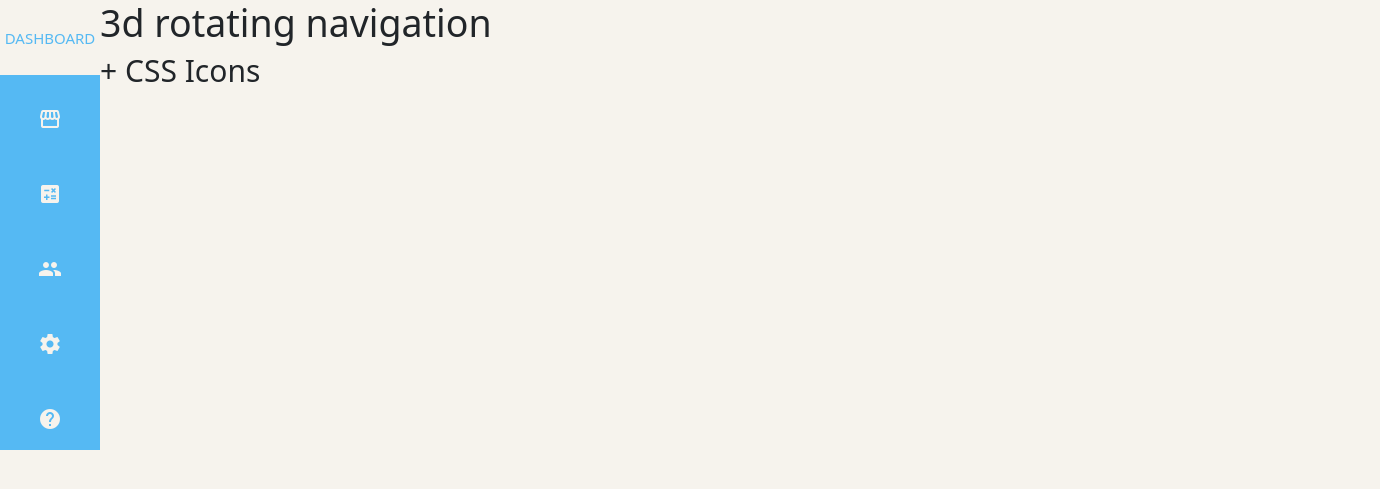
Repository: latenightsnacc/AllinOne
Page: Design/dashboard.html
An editor plug-in stored every save of this project. The page is shown before and after the next save, followed by the edit.
The browser window is 1280 px wide. The page is 1380 px wide, then 1280 px, so the pictures cover 1380 px, including what lies to the right of the window. The pictures show the whole page.
The style sheet was rebuilt from its Sass, Less or Tailwind sources for each picture, by a compiler version that may differ from the author's.

Above is the page before, as saved 2020-09-16 17:01:29.

### Design/dashboard.html
<!DOCTYPE html>
<html lang="en">
<head>
    <meta charset="UTF-8">
    <meta name="viewport" content="width=device-width, initial-scale=1.0">
    <!--Icons-->
    <link href="https://fonts.googleapis.com/icon?family=Material+Icons" rel="stylesheet">
    <!-- Compiled and minified CSS -->
    <link rel="stylesheet" href="https://cdnjs.cloudflare.com/ajax/libs/materialize/1.0.0/css/materialize.min.css">
    <link rel="stylesheet" href="https://stackpath.bootstrapcdn.com/bootstrap/5.0.0-alpha1/css/bootstrap.min.css" integrity="sha384-r4NyP46KrjDleawBgD5tp8Y7UzmLA05oM1iAEQ17CSuDqnUK2+k9luXQOfXJCJ4I" crossorigin="anonymous">
    <!--Custom css-->
    <link rel="stylesheet" href="sidebar.css">
    <title>Welcome Page</title>
</head>
<body>
    <!--Sidebar-->
    <div class="side-bar">
        <ul>
          <li>
            <a href="#" class="sidebar-icon">
                <i class=" material-icons">dashboard</i>
            </a>

          </li>
          <li>
            <a href="#" class="sidebar-icon">
                <i class=" material-icons">storefront</i>
            </a>
          </li>
          <li>
            <a href="#" class="sidebar-icon">
                <i class=" material-icons">calculate</i>
            </a>
          </li>
          <li>
            <a href="#" class="sidebar-icon">
                <i class=" material-icons">people</i>
            </a>
          </li>
          <li>
            <a href="#" class="sidebar-icon">
                <i class=" material-icons">settings</i>
            </a>
          </li>
          <li>
            <a href="#" class="sidebar-icon">
                <i class=" material-icons">help</i>
            </a>
          </li>
        </ul>
    </div>

    <section>
        <h1>3d rotating navigation</h1>
        <h2>+ CSS Icons</h2>
    </section>

    <script src="https://cdn.jsdelivr.net/npm/popper.js@1.16.0/dist/umd/popper.min.js" integrity="sha384-Q6E9RHvbIyZFJoft+2mJbHaEWldlvI9IOYy5n3zV9zzTtmI3UksdQRVvoxMfooAo" crossorigin="anonymous"></script>
    <script src="https://stackpath.bootstrapcdn.com/bootstrap/5.0.0-alpha1/js/bootstrap.min.js" integrity="sha384-oesi62hOLfzrys4LxRF63OJCXdXDipiYWBnvTl9Y9/TRlw5xlKIEHpNyvvDShgf/" crossorigin="anonymous"></script>
</body>
</html>

### Design/sidebar.scss
@import 'variables';

*,*:before,*:after {
	box-sizing: border-box;
}

:after {
	content: "";
}

section {
  position: relative;
  left: 100px;
}



body {
    background: $grey;
}
a.sidebar-icon {
    color: $grey;
    font-size: 50px;
}
.side-bar {
  float: left;
	position: fixed;
	top: 100;
  left: 0;
	background: transparent;
}

.side-bar ul {
	text-align: center;
}

.side-bar ul li {
	position: relative;
  width: 100px;
  cursor: pointer;
	background: $blue;
	text-transform: uppercase;
	transition:all .4s ease-out;
}

.side-bar ul li:after {
	position: absolute;
	background: $grey;
	color: $blue;
	top:0;
	left: 100px;
	width: 100px; height: 100%;
  opacity:.5;
  transform: perspective(400px) rotateY(90deg);
	transform-origin: 0 100%;
	transition:all .4s ease-out;
}

.side-bar ul li:nth-child(1):after {
    display: flex;
    align-items: center;
    justify-content: center;
    content: "Dashboard";
	line-height: 88px;
}
.side-bar ul li:nth-child(2):after {
    content: "Profile";
    display: flex;
    align-items: center;
    justify-content: center;
	line-height: 88px;
}
.side-bar ul li:nth-child(3):after {
    display: flex;
    align-items: center;
    justify-content: center;
	content: "Finance";
	line-height: 85px;
}
.side-bar ul li:nth-child(4):after {
    display: flex;
    align-items: center;
    justify-content: center;
	content: "CMS";
	line-height: 70px;
}
.side-bar ul li:nth-child(5):after {
    display: flex;
    align-items: center;
    justify-content: center;
	content: "Settings";
	line-height: 70px;
}
.side-bar ul li:nth-child(6):after {
    display: flex;
    align-items: center;
    justify-content: center;
	content: "Help";
	line-height: 70px;
}

.side-bar ul li:hover {
	transform: translateX(-100px);
}

.side-bar ul li:hover:after {
  opacity: 1;
	transform: perspective(400px) rotateY(0deg) scale(1) ;
}


.side-bar ul li > div {
	display: inline-block;
	padding: 25px 0;
	background: transparent;
}

.side-bar ul li div { position: relative; }

### Design/_variables.scss
@import url('https://fonts.googleapis.com/css2?family=Roboto+Mono&display=swap');
@import url('https://fonts.googleapis.com/css2?family=Noto+Sans+HK&display=swap');

$fontRoboto: 'Roboto Mono', monospace;
$fontNoto: 'Noto Sans HK', sans-serif;
$blue: #55b9f3;
$white: #fff;
// $grey: #bdcfe5;
$grey: #f6f3ed;
$borderR: 50px;
$dark: black;
$Brb: 50px;
$bsGrey:  -30px -30px 60px #d1cfc9,
30px 30px 60px #ffffff;
$bsBlue:  -30px -30px 60px #489dcf,
30px 30px 60px #62d5ff;;

After the next save:
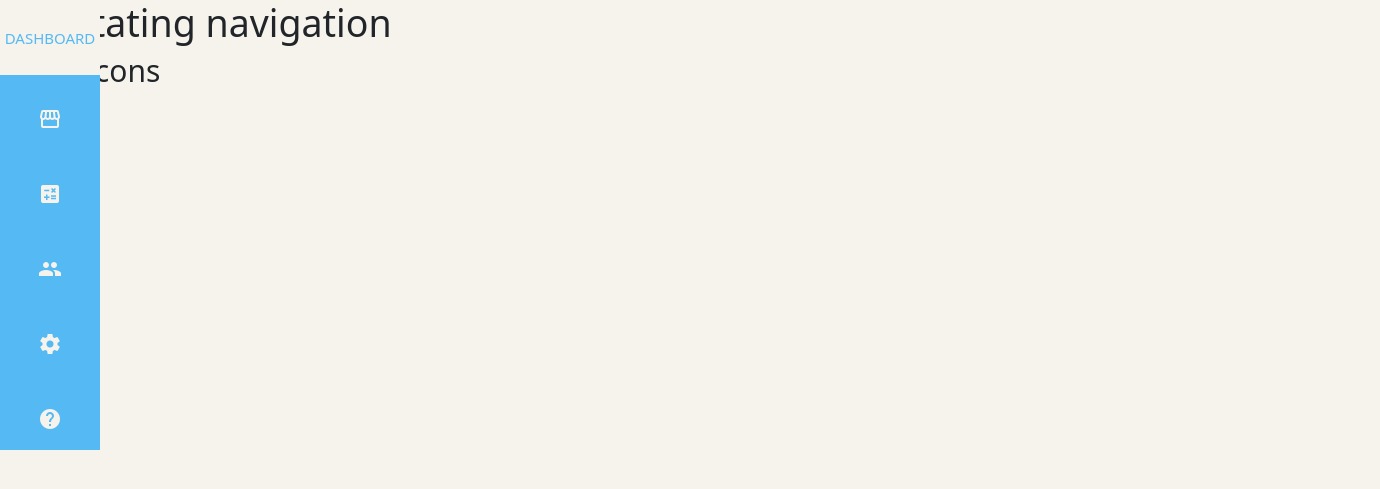
Saved 39 s later.
--- a/Design/sidebar.scss
+++ b/Design/sidebar.scss
@@ -8,15 +8,9 @@
 	content: "";
 }
 
-section {
-  position: relative;
-  left: 100px;
-}
-
-
-
-body {
+body, html {
     background: $grey;
+    overflow-x: hidden;
 }
 a.sidebar-icon {
     color: $grey;
